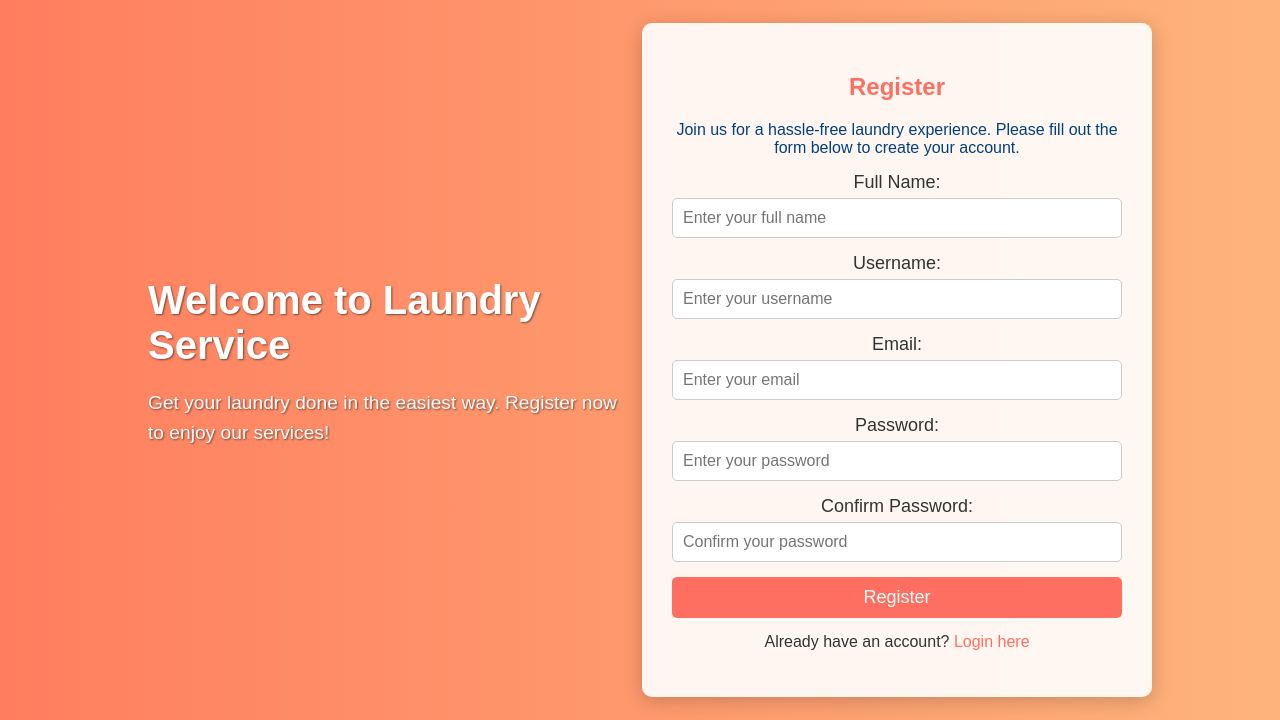
Repository: wmrmweerakoon/Online-Laundry-Management-System
Page: http://localhost/LaundryManagementSystem/Register.jsp
These files come from the project's save history. The page is drawn as it stood at one moment and after the next save; the edit follows.
The browser window is 1280 px wide. The pictures show the whole page.
The page is served by Tomcat 9. Other server files are loaded and not shown.

Above is the page before, as saved 2024-10-11 18:36:15.

### Projects/LaundryManagementSystem/src/main/webapp/Register.jsp
<%@ page language="java" contentType="text/html; charset=UTF-8"
    pageEncoding="UTF-8"%>
<!DOCTYPE html>
<html lang="en">
<head>
    <meta charset="UTF-8">
    <meta name="viewport" content="width=device-width, initial-scale=1.0">
    <title>Register - Online Laundry Management System</title>
    <link rel="stylesheet" href="CSS/Register.css">
</head>
<body>
    <div class="register-background">
        <!-- Updated content-container div for layout -->
        <div class="content-container">
            <!-- Text content side-by-side with form -->
            <div class="text-content">
                <h1>Welcome to Laundry Service</h1>
                <p>Get your laundry done in the easiest way. Register now to enjoy our services!</p>
            </div>

            <!-- Register form container -->
            <div class="register-container">
                <h2>Register</h2>
                <p class="info-text">Join us for a hassle-free laundry experience. Please fill out the form below to create your account.</p>

                <form id="registerForm" action="RegisterServlet" method="POST" onsubmit="return validateForm()">
                    <div class="form-group">
                        <label for="fullname">Full Name:</label>
                        <input type="text" id="fullname" name="fullname" placeholder="Enter your full name" required>
                    </div>
                    <div class="form-group">
                        <label for="username">Username:</label>
                        <input type="text" id="username" name="username" placeholder="Enter your username" required>
                    </div>
                    <div class="form-group">
                        <label for="email">Email:</label>
                        <input type="email" id="email" name="email" placeholder="Enter your email" required>
                    </div>
                    <div class="form-group">
                        <label for="password">Password:</label>
                        <input type="password" id="password" name="password" placeholder="Enter your password" required>
                    </div>
                    <div class="form-group">
                        <label for="confirmPassword">Confirm Password:</label>
                        <input type="password" id="confirmPassword" name="confirmPassword" placeholder="Confirm your password" required>
                    </div>
                    <button type="submit">Register</button>
                </form>
                <p>Already have an account? <a href="Login.jsp">Login here</a></p>
            </div>
        </div>
    </div>

    <script>
        function validateForm() {
            const fullname = document.getElementById('fullname').value.trim();
            const username = document.getElementById('username').value.trim();
            const email = document.getElementById('email').value.trim();
            const password = document.getElementById('password').value;
            const confirmPassword = document.getElementById('confirmPassword').value;

            let valid = true;
            let errorMessage = "";

            clearErrors();

            // Validate Full Name
            if (fullname === "") {
                valid = false;
                errorMessage = "Full Name is required.";
                showError('fullname', errorMessage);
            }

            // Validate Username
            if (username === "") {
                valid = false;
                errorMessage = "Username is required.";
                showError('username', errorMessage);
            }

            // Validate Email
            if (email === "") {
                valid = false;
                errorMessage = "Email is required.";
                showError('email', errorMessage);
            } else if (!validateEmail(email)) {
                valid = false;
                errorMessage = "Invalid email format.";
                showError('email', errorMessage);
            }

            // Validate Password
            if (password === "") {
                valid = false;
                errorMessage = "Password is required.";
                showError('password', errorMessage);
            } else if (password.length < 8) {
                valid = false;
                errorMessage = "Password must be at least 8 characters long.";
                showError('password', errorMessage);
            }

            // Validate Confirm Password
            if (confirmPassword === "") {
                valid = false;
                errorMessage = "Please confirm your password.";
                showError('confirmPassword', errorMessage);
            } else if (password !== confirmPassword) {
                valid = false;
                errorMessage = "Passwords do not match.";
                showError('confirmPassword', errorMessage);
            }

            return valid;
        }

        function showError(inputId, message) {
            const errorElement = document.createElement('span');
            errorElement.className = 'error';
            errorElement.textContent = message;

            const inputField = document.getElementById(inputId);
            inputField.parentNode.insertBefore(errorElement, inputField.nextSibling);
        }

        function clearErrors() {
            const errorElements = document.querySelectorAll('.error');
            errorElements.forEach(element => {
                element.remove();
            });
        }

        function validateEmail(email) {
            const emailPattern = /^[^\s@]+@[^\s@]+\.[^\s@]+$/;
            return emailPattern.test(email);
        }
    </script>
</body>
</html>

### Projects/LaundryManagementSystem/src/main/webapp/CSS/Register.css
@charset "UTF-8";

body {
    font-family: 'Arial', sans-serif;
    margin: 0;
    padding: 0;
    height: 100vh;
    display: flex;
    justify-content: center;
    align-items: center;
    background: linear-gradient(to right, #ff7e5f, #feb47b); /* Gradient background */
}

.register-background {
    display: flex;
    justify-content: center;
    align-items: center;
    width: 100%;
    height: 100%;
    background: linear-gradient(to right, #ff7e5f, #feb47b); /* Matching gradient */
}

.content-container {
    display: flex;
    width: 80%;
    max-width: 1200px;
    justify-content: space-between;
    align-items: center;
    color: white;
}

.text-content {
    flex: 1;
    padding: 20px;
    color: #fff;
    font-size: 1.2rem;
    text-shadow: 1px 1px 2px rgba(0, 0, 0, 0.5); /* Text shadow for clarity on gradient */
}

.text-content h1 {
    font-size: 2.5rem;
    margin-bottom: 20px;
}

.text-content p {
    line-height: 1.6;
    margin-bottom: 20px;
}

.register-container {
    background-color: rgba(255, 255, 255, 0.9);
    padding: 30px; /* Padding */
    border-radius: 10px;
    box-shadow: 0 4px 20px rgba(0, 0, 0, 0.2);
    width: 450px; /* Increased width */
    text-align: center;
    color: #333; /* Ensuring better contrast for form text */
}

h2 {
    color: #ff6f61;
    margin-bottom: 20px; /* Reduced margin */
}

.info-text {
    margin-bottom: 15px; /* Reduced margin */
    color: #004080; /* Changed color to light blue */
}



.form-group {
    margin-bottom: 15px; /* Reduced margin */
}

label {
    font-size: 18px;
    color: #333;
}

input[type="text"],
input[type="email"],
input[type="password"] {
    width: 100%;
    padding: 10px; /* Slightly reduced padding */
    margin-top: 5px; /* Reduced margin */
    border: 1px solid #ccc;
    border-radius: 5px;
    font-size: 16px;
    box-sizing: border-box; /* Ensure consistent sizing */
    transition: border-color 0.3s;
}

input:focus {
    border-color: #ff6f61;
}

button {
    width: 100%;
    padding: 10px; /* Slightly reduced padding */
    background-color: #ff6f61;
    color: #fff;
    border: none;
    border-radius: 5px;
    font-size: 18px;
    cursor: pointer;
    transition: background-color 0.3s;
}

button:hover {
    background-color: #ff4824;
}

.error {
    color: red;
    font-size: 14px;
    margin-top: 5px;
    margin-bottom: 10px;
}

p {
    margin-top: 15px;
}

p a {
    color: #ff6f61;
    text-decoration: none;
}

p a:hover {
    text-decoration: underline;
}

After the next save:
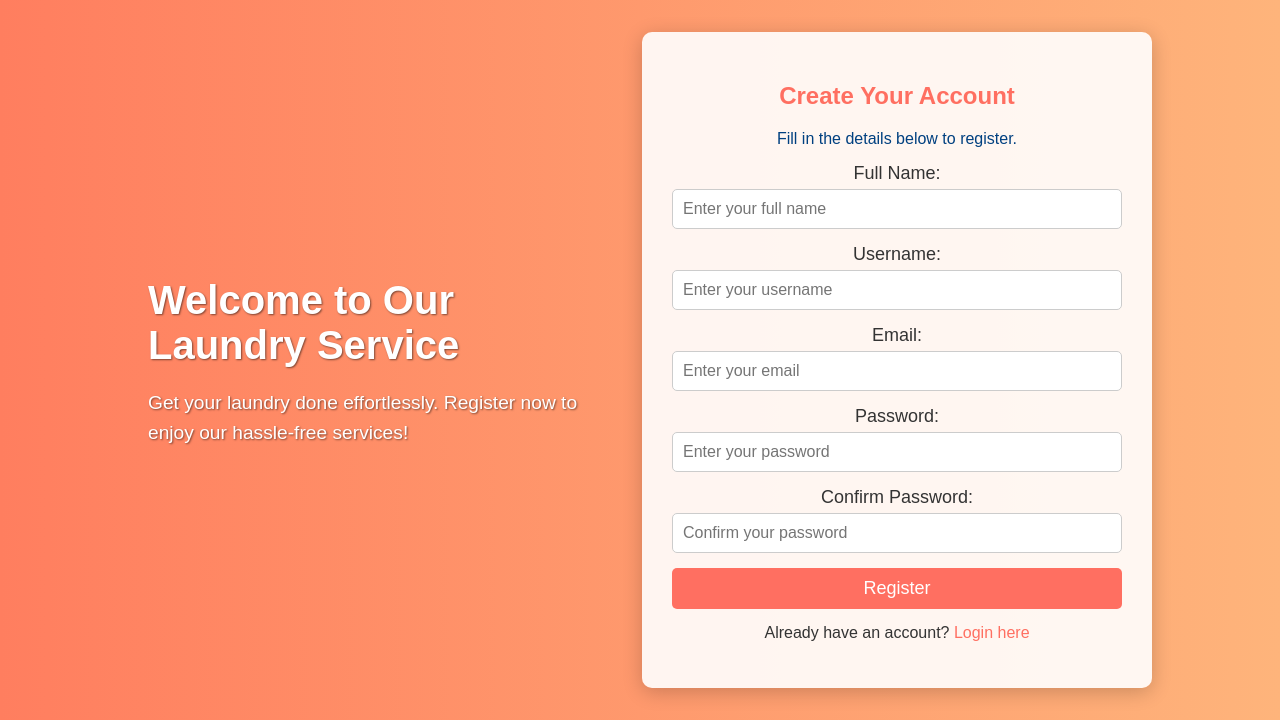
Saved 101 s later.
--- a/Projects/LaundryManagementSystem/src/main/webapp/Register.jsp
+++ b/Projects/LaundryManagementSystem/src/main/webapp/Register.jsp
@@ -1,5 +1,4 @@
-<%@ page language="java" contentType="text/html; charset=UTF-8"
-    pageEncoding="UTF-8"%>
+<%@ page language="java" contentType="text/html; charset=UTF-8" pageEncoding="UTF-8"%>
 <!DOCTYPE html>
 <html lang="en">
 <head>
@@ -10,18 +9,15 @@
 </head>
 <body>
     <div class="register-background">
-        <!-- Updated content-container div for layout -->
         <div class="content-container">
-            <!-- Text content side-by-side with form -->
             <div class="text-content">
-                <h1>Welcome to Laundry Service</h1>
-                <p>Get your laundry done in the easiest way. Register now to enjoy our services!</p>
+                <h1>Welcome to Our Laundry Service</h1>
+                <p>Get your laundry done effortlessly. Register now to enjoy our hassle-free services!</p>
             </div>
 
-            <!-- Register form container -->
             <div class="register-container">
-                <h2>Register</h2>
-                <p class="info-text">Join us for a hassle-free laundry experience. Please fill out the form below to create your account.</p>
+                <h2>Create Your Account</h2>
+                <p class="info-text">Fill in the details below to register.</p>
 
                 <form id="registerForm" action="RegisterServlet" method="POST" onsubmit="return validateForm()">
                     <div class="form-group">
@@ -52,6 +48,7 @@
     </div>
 
     <script>
+        // Validation script remains unchanged
         function validateForm() {
             const fullname = document.getElementById('fullname').value.trim();
             const username = document.getElementById('username').value.trim();
